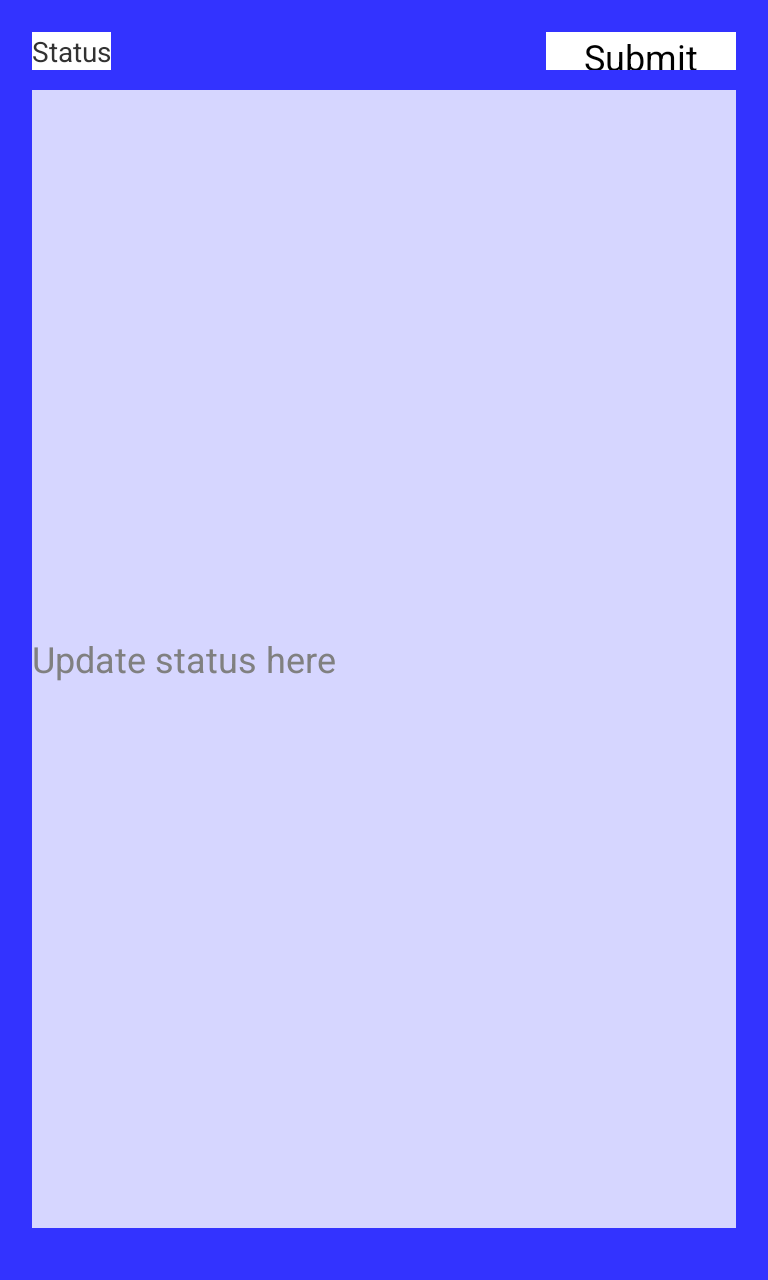
Repository: vamsiampolu/androidworkspace
Layout: YambaProject/res/layout/activity_main.xml
These files come from the project's save history. The layout is drawn as it stood at one moment and after the next save; the edit follows.
It is drawn on a 768 x 1280 px phone screen (xhdpi) without system bars, with theme AppTheme; the app's code is not run.

Above is the layout before, as saved 2013-05-09 08:57:37.

After the next save:
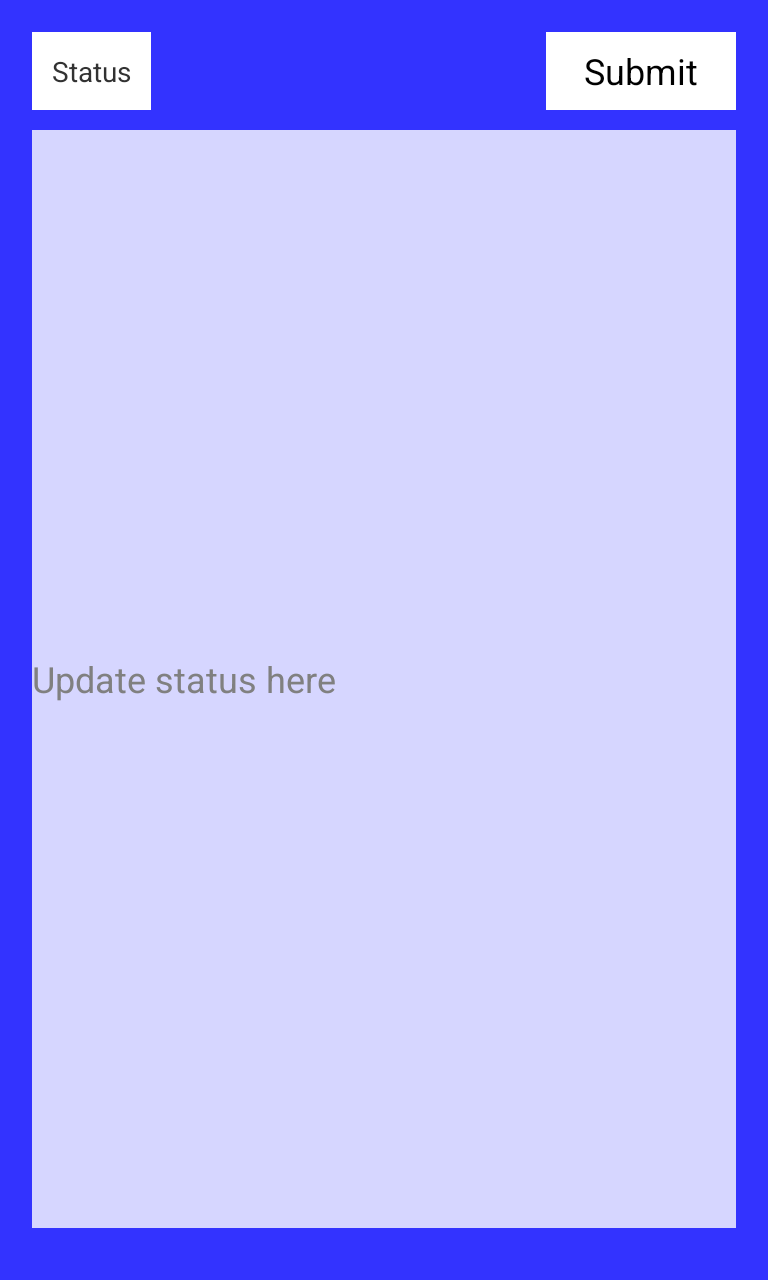
Saved 73 s later.
--- a/YambaProject/res/values/my_style.xml
+++ b/YambaProject/res/values/my_style.xml
@@ -5,6 +5,7 @@
         <item name="android:layout_width">wrap_content</item>
         <item name="android:layout_height">wrap_content</item>
         <item name="android:background">#FFF</item>
+        <item name="android:padding">10dp</item>
     </style>
 
 </resources>
